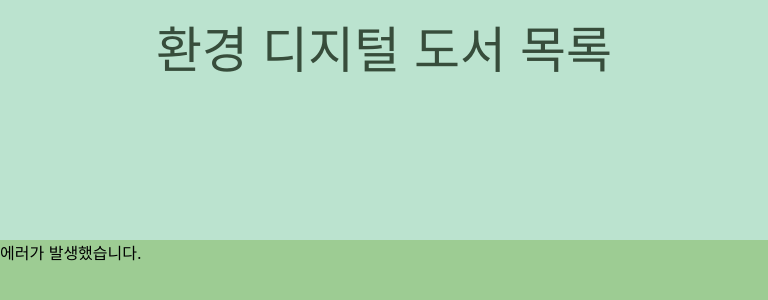
Repository: sojihwan/API
Page: / (app in contents/)
The author's editor kept a copy of each file at every save. The page is drawn from the files as they stood at one save, then again after a run of saves.
The browser window is 768 px wide. The pictures show the whole page.
The page's requests for data from a server got no answer. The project was rebuilt for these pictures with package versions that can differ from the ones it lists, and the page was loaded fresh each time. No one was signed in, and anything a server would have sent is missing. Also part of the build but not shown: contents/src/css/Select.css, contents/src/css/Modal.css, contents/src/content/Modal.js.

Above is the page before, as saved 2022-05-26 13:29:15.

After the next 3 saves:
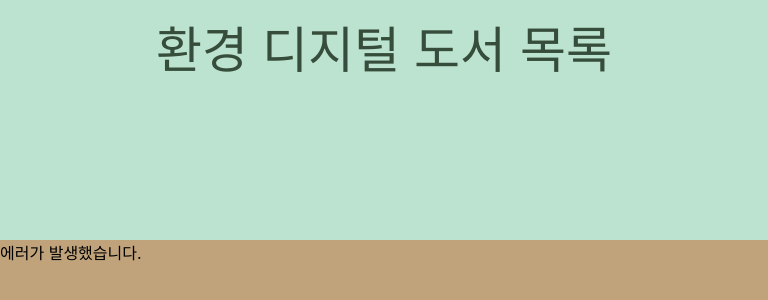
The 3 saves are shown as one change because they came seconds apart.
The last was saved 17 s later.
--- a/contents/src/css/Body.css
+++ b/contents/src/css/Body.css
@@ -1,6 +1,6 @@
 @media ( max-width: 770px ) {
 .Body{
-  background-color: rgba(25, 134, 0, 0.422);
+  background-color: rgba(179, 142, 94, 0.819);
   position: fixed;
   top: 30%;
   left: 0px;
